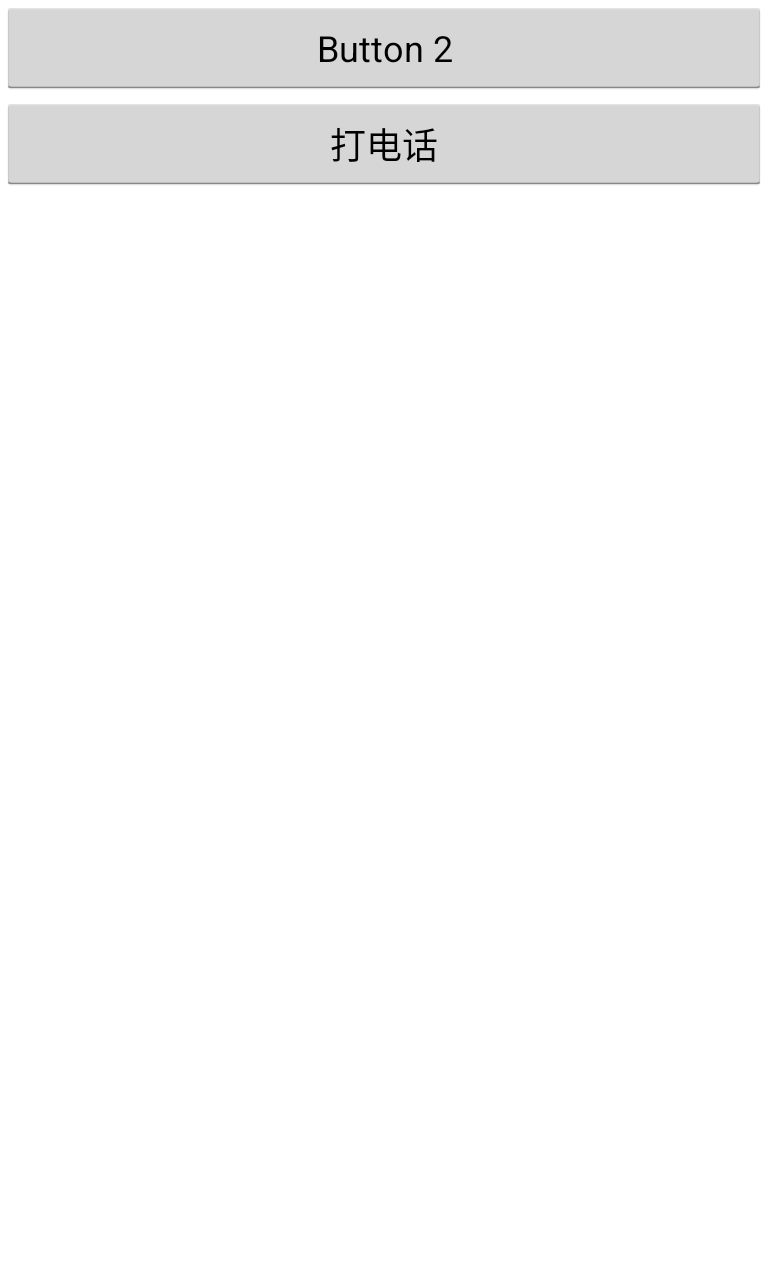
Repository: hohoTT/Android_summarize
Layout: ActivityTest/res/layout/second_layout.xml
An editor plug-in stored every save of this project. The layout is shown before and after the next save, followed by the edit.
It is drawn on a 768 x 1280 px phone screen (xhdpi) without system bars, with theme AppTheme; the app's code is not run.

Above is the layout before, as saved 2016-02-22 05:34:33.

### ActivityTest/res/layout/second_layout.xml
<?xml version="1.0" encoding="utf-8"?>
<LinearLayout xmlns:android="http://schemas.android.com/apk/res/android"
    android:layout_width="match_parent"
    android:layout_height="match_parent"
    android:orientation="vertical" >

    <Button
        android:id="@+id/button_2"
        android:layout_width="match_parent"
        android:layout_height="wrap_content"
        android:text="Button 2" />

    <Button
        android:id="@+id/button_tel"
        android:layout_width="match_parent"
        android:layout_height="wrap_content"
        android:text="打电话" />

</LinearLayout>

Loaded but not shown: ActivityTest/res/values/styles.xml (common file); ActivityTest/res/values-v11/styles.xml (common file); ActivityTest/res/values-v14/styles.xml (common file)

After the next save:
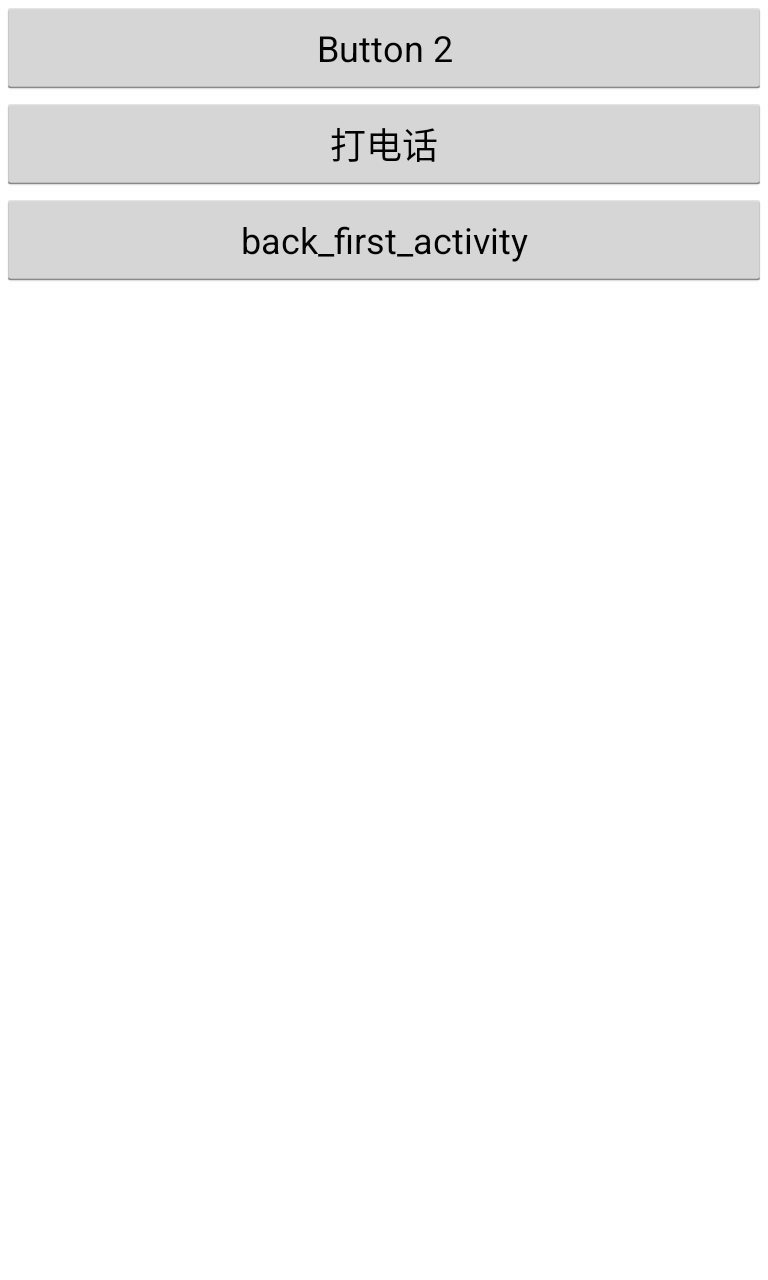
Saved 43 s later.
--- a/ActivityTest/res/layout/second_layout.xml
+++ b/ActivityTest/res/layout/second_layout.xml
@@ -16,4 +16,10 @@
         android:layout_height="wrap_content"
         android:text="打电话" />
 
+    <Button
+        android:id="@+id/button_back_first"
+        android:layout_width="match_parent"
+        android:layout_height="wrap_content"
+        android:text="back_first_activity" />
+
 </LinearLayout>
